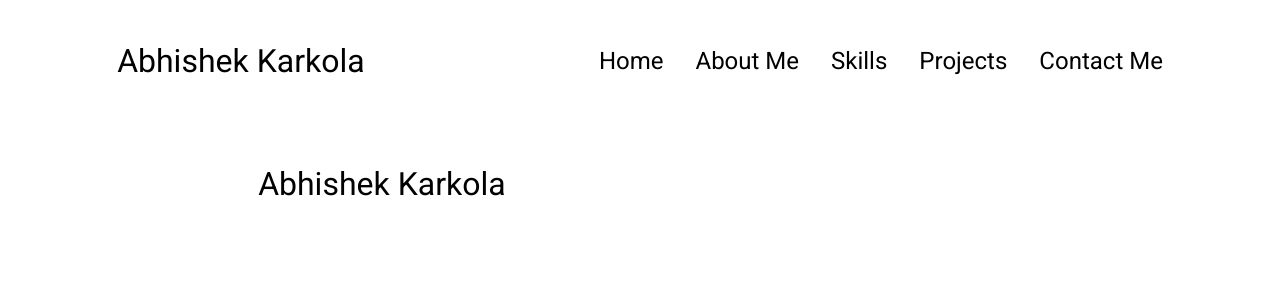
Repository: APersonalVoyage/APersonalVoyage.github.io
Page: index.html
The author's editor kept a copy of each file at every save. The page is drawn from the files as they stood at one save, then again after the next save.
The browser window is 1280 px wide. The pictures show the whole page.

Above is the page before, as saved 2023-08-23 17:27:19.

### index.html
<!DOCTYPE html>
<html lang="en">
<head>
    <meta charset="UTF-8">
    <meta name="viewport" content="width=device-width, initial-scale=1.0">
    <title>My Portfolio</title>
    <link rel="stylesheet" href="style.css">
</head>
<body>
    <nav id="desktop-nav">
        <div class= "logo">Abhishek Karkola</div>
        <div>
            <u1 class="nav-links">
                <li><a href="#home">Home</a></li>
                <li><a href="#about">About Me</a></li>
                <li><a href="#skills">Skills</a></li>
                <li><a href="#projects">Projects</a></li>
                <li><a href="#contact">Contact Me</a></li>
            </u1>
        </div>
    </nav>
    <nav id="hamburger-nav">
        <div class= "logo">Abhishek Karkola</div>
        <div id="hamburger-menu">
            <div class = "hamburger-icon" onclick="toggleMenu()">
                <span></span>
                <span></span>
                <span></span>
            </div>
            <div></div>
        </div>
    <script src="script.js"></script>
</body>
</html>

### style.css
/* GENERAL TAGS */

@import url('https://fonts.googleapis.com/css?family=Roboto:400,700');

* {
  margin: 0;
  padding: 0;
  box-sizing: border-box;
}

body {
    font-family: 'Roboto', sans-serif;
}

html{
    scroll-behavior: smooth;
}

p{
    color: rgb(85, 85, 85);
}

/* Transition */

a,
.btn{
    transition: all 0.3s ease;
}

/* Desktop Navigation */

nav,
.nav-links{
    display: flex;
    justify-content: space-around;
    align-items: center;
    height: 17vh;
}


.nav-links li{
    list-style: none;
    font-size: 1.5rem;
}

.nav-links {
    gap : 2rem;
}

a{
    color: black;
    text-decoration: none;
    text-decoration-color: white;
}

a:hover{
    color: grey;
    text-decoration: underline;
    text-underline-offset: 1rem;
    text-decoration-color: rgb(181, 181, 181);
}

.logo{
    font-size: 2rem;
}

.logo:hover{
    cursor:default;
}

Loaded but not shown: script.js (no copy from this time; the picture is the same without it)

After the next save:
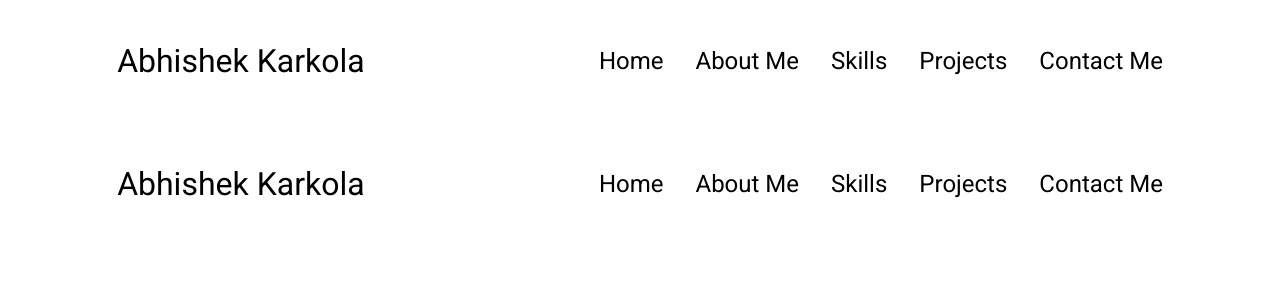
Saved 57 s later.
--- a/index.html
+++ b/index.html
@@ -27,7 +27,15 @@
                 <span></span>
                 <span></span>
             </div>
-            <div></div>
+            <div class = "menu-links">
+                <u1 class="nav-links">
+                    <li><a href="#home">Home</a></li>
+                    <li><a href="#about">About Me</a></li>
+                    <li><a href="#skills">Skills</a></li>
+                    <li><a href="#projects">Projects</a></li>
+                    <li><a href="#contact">Contact Me</a></li>
+                </u1>
+            </div>
         </div>
     <script src="script.js"></script>
 </body>
